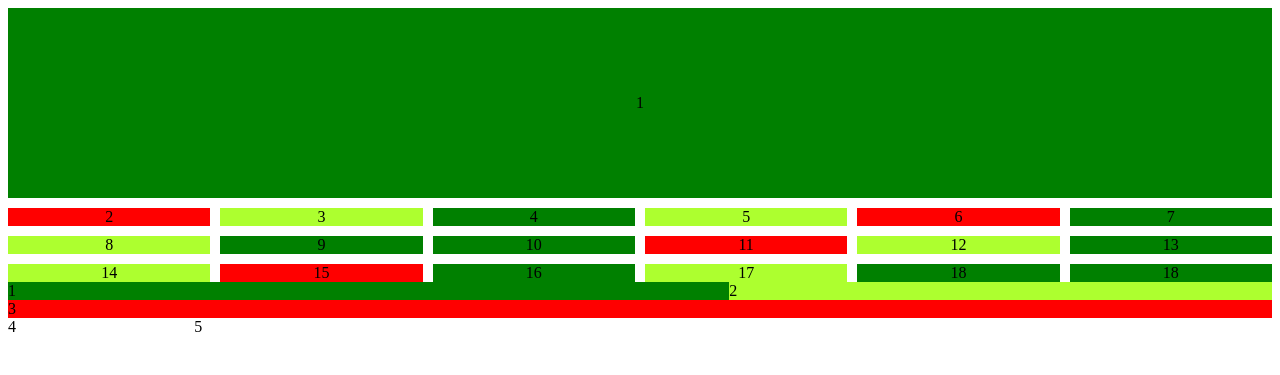
Repository: motiejus1/09-paskaita-05.31
Page: index.html
These files come from the project's save history. The page is drawn as it stood at one moment and after a run of saves; the edit follows.
The browser window is 1280 px wide. The pictures show the whole page.

Above is the page before, as saved 2021-06-15 20:08:42.

### index.html
<!DOCTYPE html>
<html lang="en">
<head>
    <meta charset="UTF-8">
    <meta http-equiv="X-UA-Compatible" content="IE=edge">
    <meta name="viewport" content="width=device-width, initial-scale=1.0">
    <title>9 paskaita</title>
    <style>
        .grid-container {
            display: grid;
            grid-template-columns: auto auto auto auto auto auto;
            grid-column-gap: 10px ;
            grid-row-gap: 10px ;
        }

        .zalia {
            background-color: green;
        }

        .raudona {
            background-color: red;
        }

        .geltona {
            background: greenyellow;
        }

        .grid-item-1 {
            /* grid-column-start: 1 ;
            grid-column-end: 3 ; */

            grid-column: 1 / span 6;

            grid-row: 1 / span 20;
        }

        /* .grid-item-2 {
            grid-column-start: 1 ;
            grid-column-end: 3 ;
            grid-row-start: 3;
            grid-row-end: 25 ;
        } */

        .grid-item {
            display:grid;
            justify-content: center;
            align-items: center;
        }
        .flex-container {
            display:flex;
            justify-content: center;
            align-items: center;
        }

        .grid-container-1 {
            display: grid;
            grid-template-areas:
            'pirmas pirmas pirmas pirmas antras antras antras'
            'trecias trecias trecias trecias trecias trecias trecias'
            'ketvirtas penktas penktas penktas penktas penktas penktas'
            'ketvirtas penktas penktas penktas penktas penktas penktas'

            ;
        }
        .grid-element-1 {
            grid-area: pirmas;
        }

        .grid-element-2 {
            grid-area: antras;
        }

        .grid-element-3 {
            grid-area: trecias;
        }

        .grid-element-4 {
            grid-area: ketvirtas;
        }

        .grid-element-5 {
            grid-area: penktas;
        }
    </style>
</head>
<body>
    <div class="grid-container">
        <div class="grid-item grid-item-1 zalia">
            1
        </div>
        <div class="grid-item grid-item-2 raudona">
            2
        </div>
        <div class="grid-item grid-item-3 geltona">3</div>
        <div class="grid-item grid-item-4 zalia">4</div>
        <div class="grid-item geltona">5</div>
        <div class="grid-item raudona">6</div>
        <div class="grid-item zalia">7</div>
        <div class="grid-item geltona">8</div>
        <div class="grid-item zalia">9</div>
        <div class="grid-item zalia">10</div>
        <div class="grid-item raudona">11</div>
        <div class="grid-item geltona">12</div>
        <div class="grid-item zalia">13</div>
        <div class="grid-item geltona">14</div>
        <div class="grid-item raudona">15</div>
        <div class="grid-item zalia">16</div>
        <div class="grid-item geltona">17</div>
        <div class="grid-item zalia">18</div>
        <div class="flex-container zalia">18</div>
    </div>

    <div class="grid-container-1">
        <div class="grid-element-1 zalia">1</div>
        <div class="grid-element-2 geltona">2</div>
        <div class="grid-element-3 raudona">3</div>
        <div class="grid-element-4">4</div>
        <div class="grid-element-5">5</div>
    </div>

</body>
</html>

After the next 2 saves:
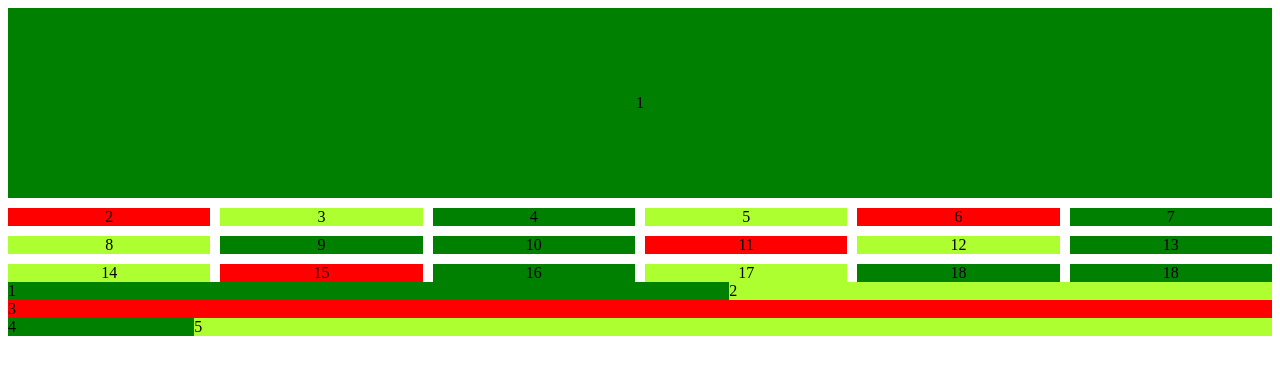
The 2 saves are shown as one change because they came seconds apart.
The last was saved 7 s later.
--- a/index.html
+++ b/index.html
@@ -114,8 +114,8 @@
         <div class="grid-element-1 zalia">1</div>
         <div class="grid-element-2 geltona">2</div>
         <div class="grid-element-3 raudona">3</div>
-        <div class="grid-element-4">4</div>
-        <div class="grid-element-5">5</div>
+        <div class="grid-element-4 zalia">4</div>
+        <div class="grid-element-5 geltona">5</div>
     </div>
 
 </body>
